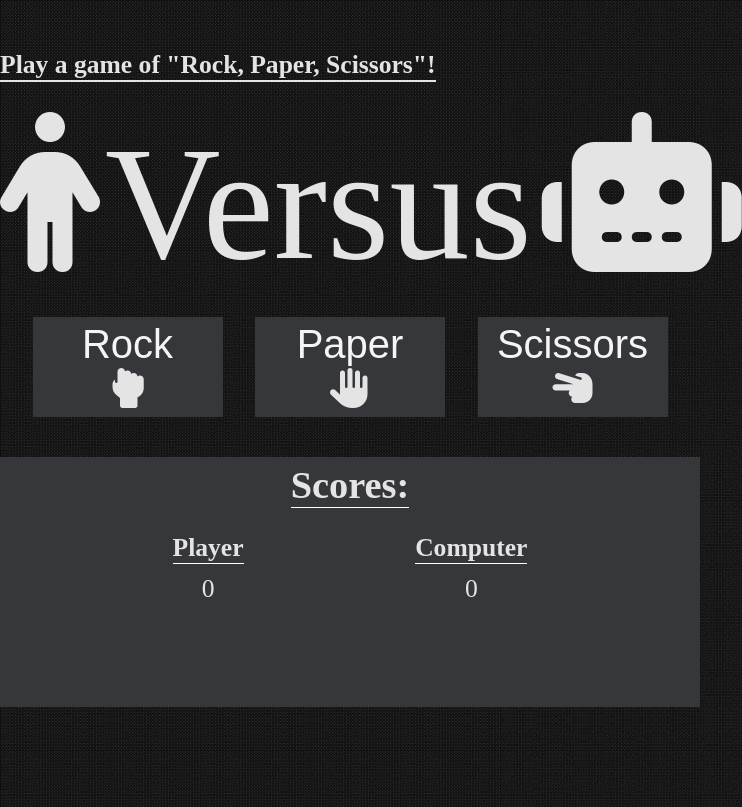
Repository: Pafestivo/rock-paper-scissors
Page: index.html
These files come from the project's save history. The page is drawn as it stood at one moment and after a run of saves; the edit follows.
The browser window is 375 px wide. The page is 742 px wide, then 700 px, so the pictures cover 742 px, including what lies to the right of the window. The pictures show the whole page.
Some web libraries are served in a nearby version.

Above is the page before, as saved 2022-10-15 14:21:51.

After the next 4 saves:
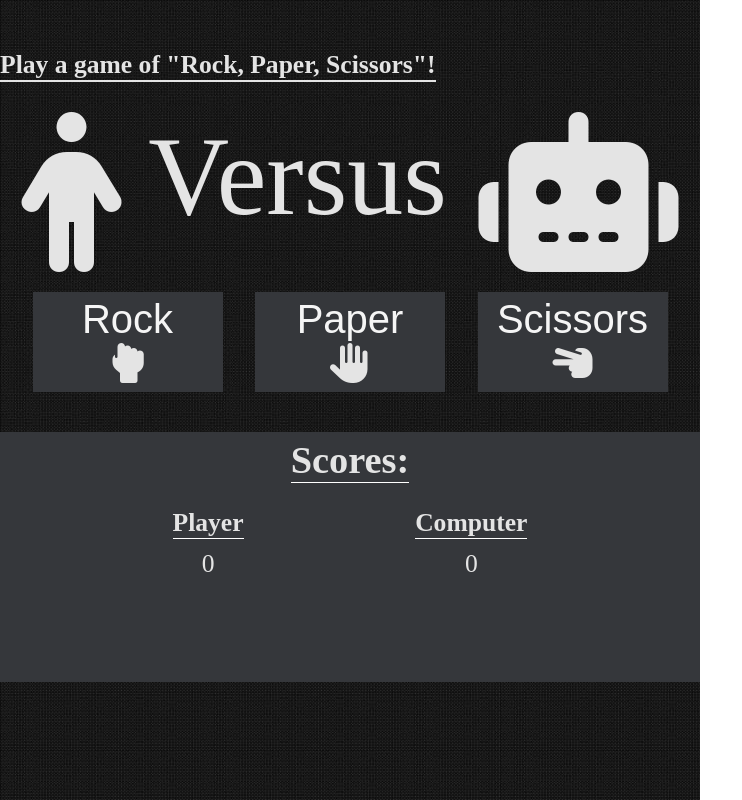
The 4 saves are shown as one change because they came seconds apart.
The last was saved 46 s later.
--- a/styles.css
+++ b/styles.css
@@ -147,4 +147,9 @@ a {
   body {
     font-size: 0.8rem;
   }
+
+  #versus {
+    width: 700px;
+    font-size: 7rem;
+  }
 }
